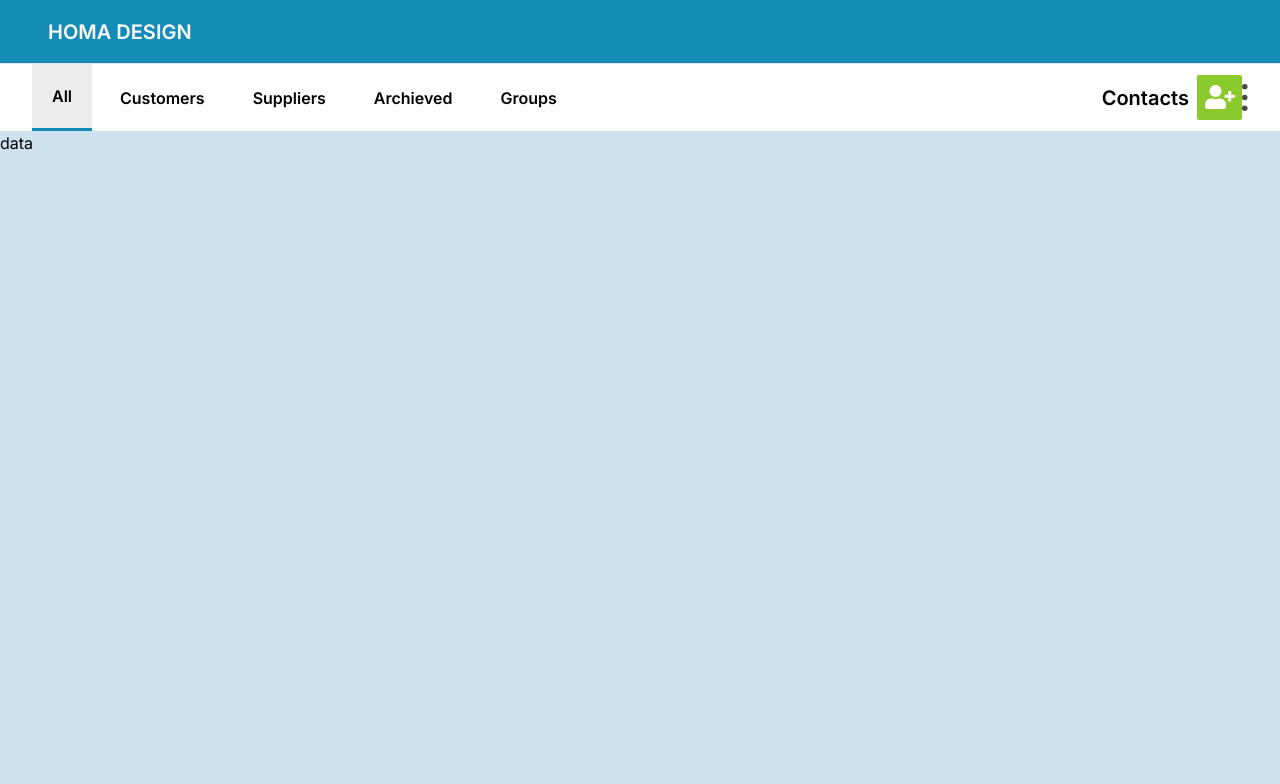
Repository: khairul35/homa-FE
Page: /contact
The author's editor kept a copy of each file at every save. The page is drawn from the files as they stood at one save, then again after the next save.
The browser window is 1280 px wide. The pictures show the whole page.
The project was rebuilt for these pictures with package versions that can differ from the ones it lists, and the page was loaded fresh each time. The framework's server and built-in components were replaced by stand-ins that run in the browser. Also part of the build but not shown: next.config.js, app/components/layout/header/BusinessMenu.tsx, app/components/layout/header/CompanyMenu.tsx.

Above is the page before, as saved 2024-01-06 09:58:05.

After the next save:
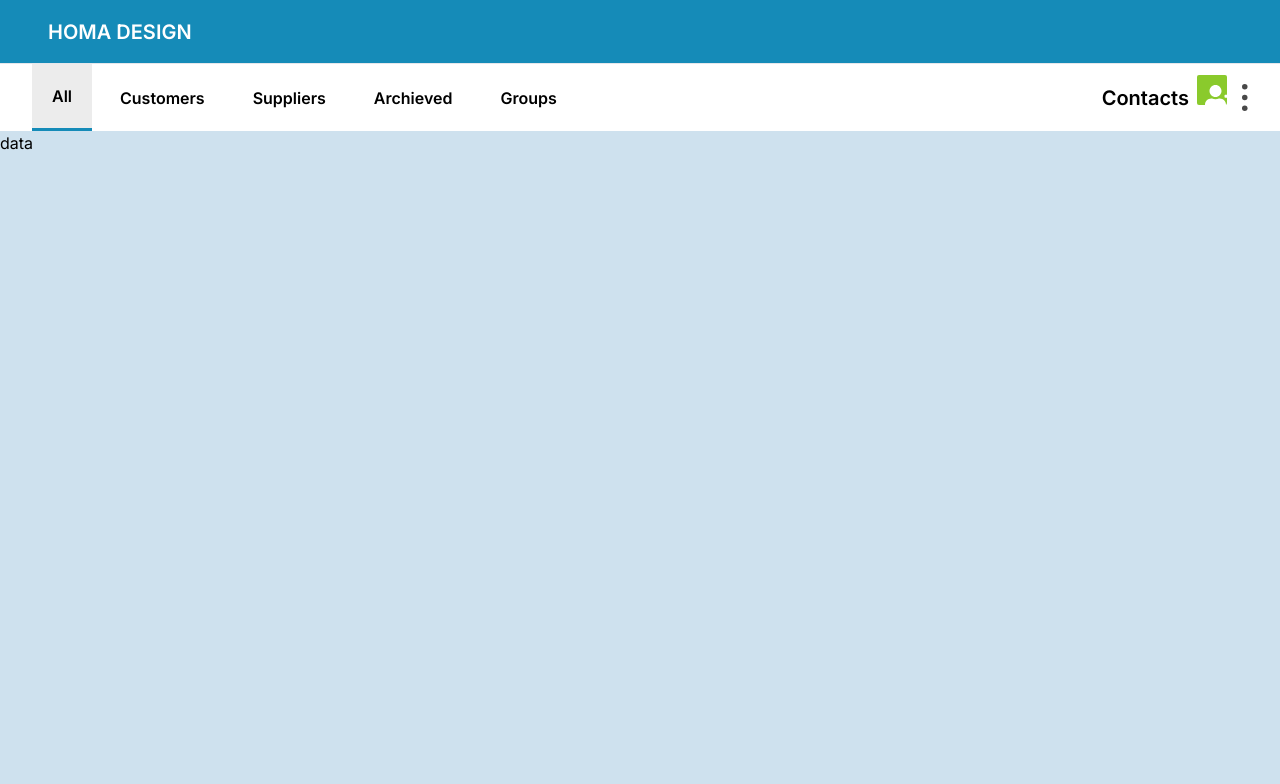
Saved 26 s later.
--- a/app/contact/index.component.tsx
+++ b/app/contact/index.component.tsx
@@ -57,7 +57,7 @@ const Component = (props: ComponentProps) => {
                                 </h2>
                                 <div className="flex items-center ml-2">
                                     <svg xmlns="http://www.w3.org/2000/svg" width="45" height="45" viewBox="0 0 45 45" fill="none">
-                                        <rect width="45" height="45" rx="2" fill="#8ACA2C"/>
+                                        <rect width="30" height="30" rx="2" fill="#8ACA2C"/>
                                         <path d="M37.25 19.75H34.25V16.75C34.25 16.3375 33.9125 16 33.5 16H32C31.5875 16 31.25 16.3375 31.25 16.75V19.75H28.25C27.8375 19.75 27.5 20.0875 27.5 20.5V22C27.5 22.4125 27.8375 22.75 28.25 22.75H31.25V25.75C31.25 26.1625 31.5875 26.5 32 26.5H33.5C33.9125 26.5 34.25 26.1625 34.25 25.75V22.75H37.25C37.6625 22.75 38 22.4125 38 22V20.5C38 20.0875 37.6625 19.75 37.25 19.75ZM18.5 22C21.8141 22 24.5 19.3141 24.5 16C24.5 12.6859 21.8141 10 18.5 10C15.1859 10 12.5 12.6859 12.5 16C12.5 19.3141 15.1859 22 18.5 22ZM22.7 23.5H21.9172C20.8766 23.9781 19.7188 24.25 18.5 24.25C17.2812 24.25 16.1281 23.9781 15.0828 23.5H14.3C10.8219 23.5 8 26.3219 8 29.8V31.75C8 32.9922 9.00781 34 10.25 34H26.75C27.9922 34 29 32.9922 29 31.75V29.8C29 26.3219 26.1781 23.5 22.7 23.5Z" fill="white"/>
                                     </svg>
                                     <svg xmlns="http://www.w3.org/2000/svg" width="6" height="27" viewBox="0 0 6 27" fill="none">
